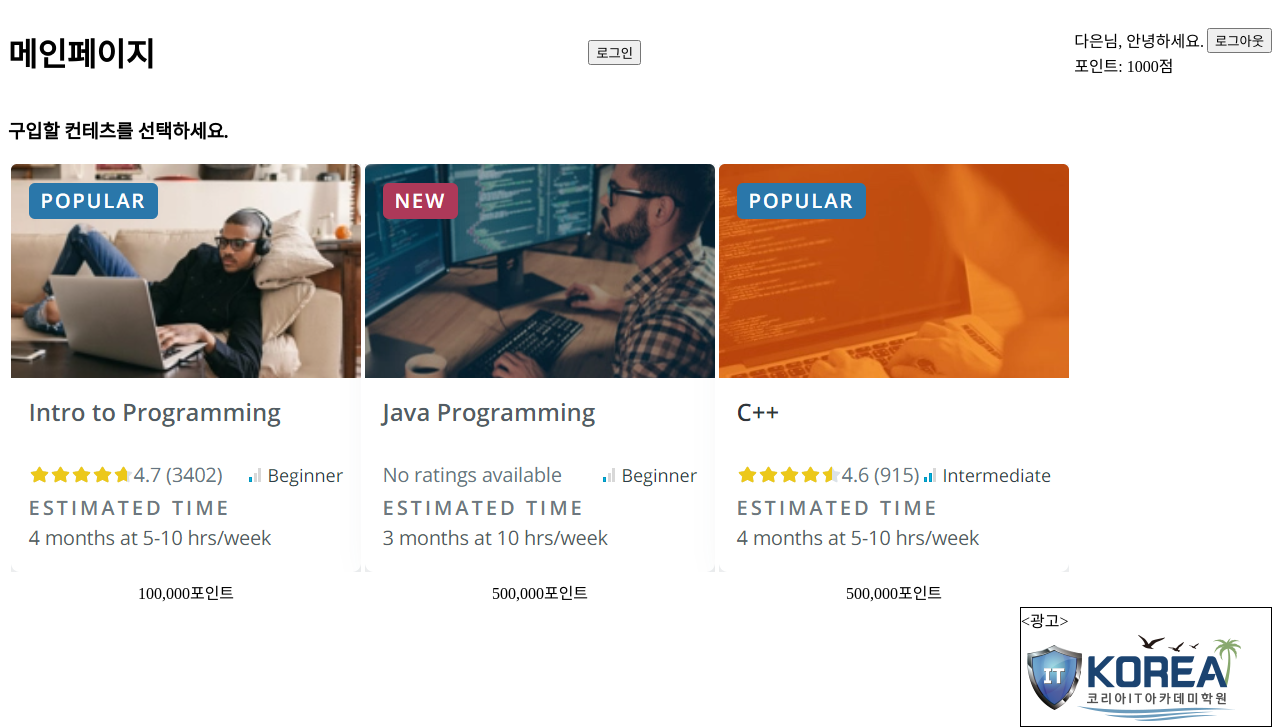
Repository: euniiee/test11
Page: http://localhost/Project/main.jsp
The author's editor kept a copy of each file at every save. The page is drawn from the files as they stood at one save, then again after the next save.
The browser window is 1280 px wide. The pictures show the whole page.
The page is served by Tomcat 9.

Above is the page before, as saved 2023-02-01 03:22:36.

After the next save:
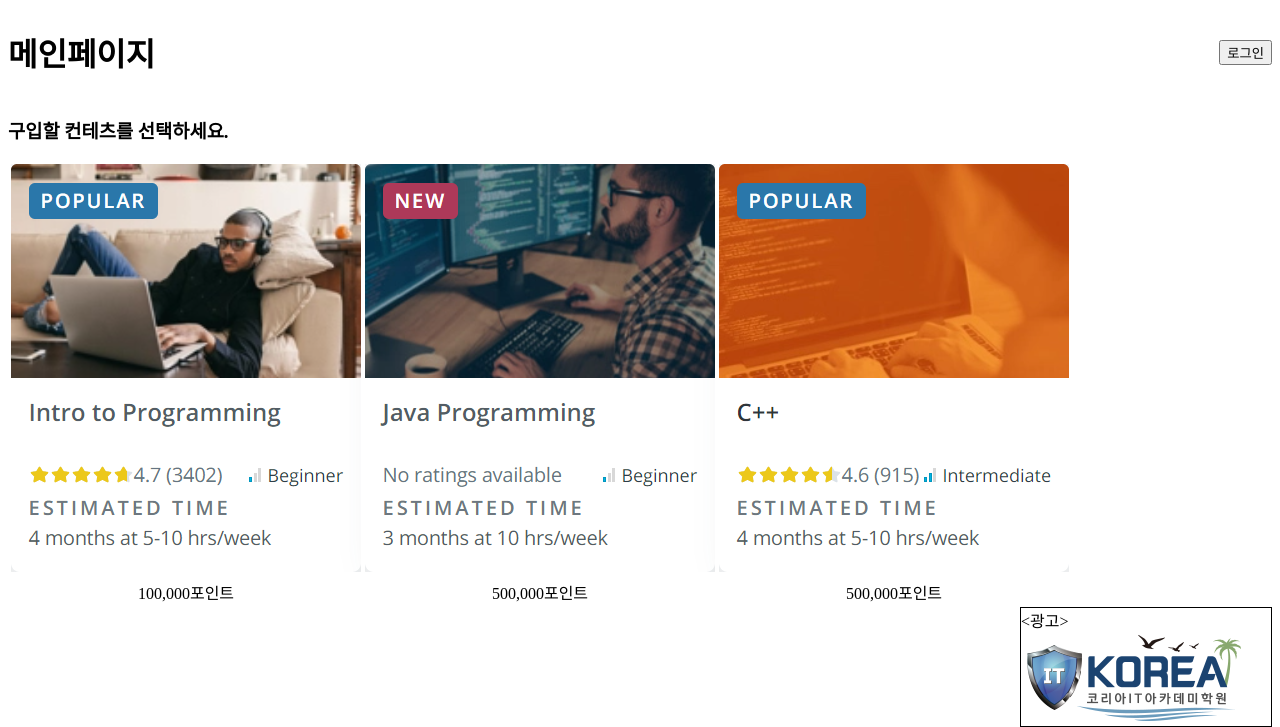
Saved 11 s later.
--- a/Project/WebContent/main.jsp
+++ b/Project/WebContent/main.jsp
@@ -13,7 +13,7 @@
 		<div style="margin: auto 0; diplay: none;">
 			<input class="login" type="button" onClick="location.href='login.jsp'" value="로그인"><br>
 		</div>
-		<div style="margin: auto 0; diplay: none;" >
+		<div style="margin: auto 0; display: none;">
 			<div style="display:flex;">
 				<div style="margin-right:3px">다은님, 안녕하세요. </div>
 				<input type="submit" value="로그아웃">
